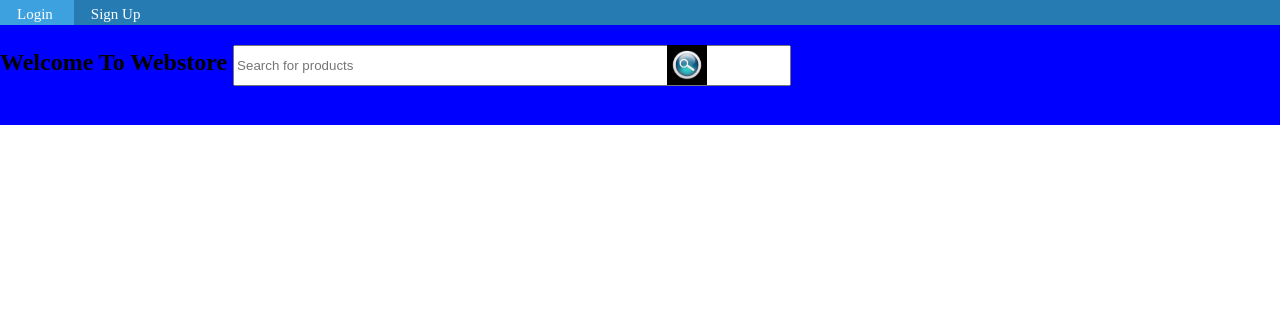
Repository: sourogithub/Final-yr-project-using-j2ee
Page: http://localhost/Webstore/JSP Pages/Front.jsp
The author's editor kept a copy of each file at every save. The page is drawn from the files as they stood at one save, then again after the next save.
The browser window is 1280 px wide. The pictures show the whole page.
The page is served by Tomcat 9.

Above is the page before, as saved 2017-04-11 12:41:53.

After the next save:
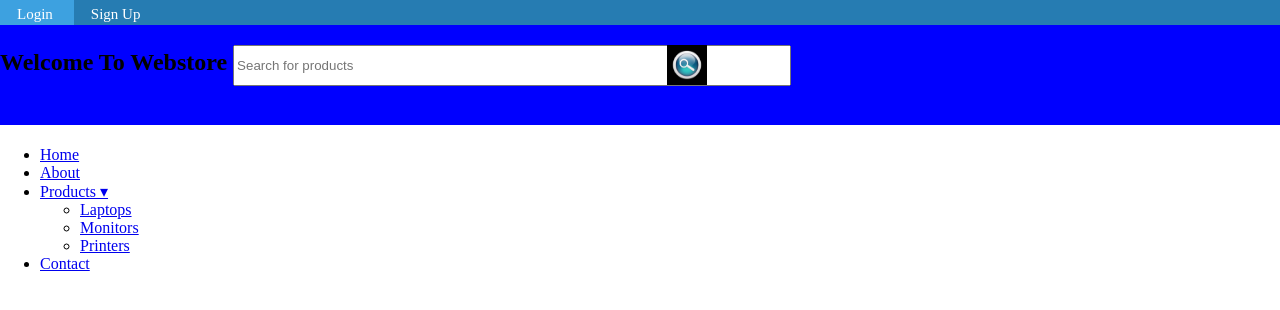
Saved 2 h 7 min later.
--- a/Webstore/WebContent/JSP Pages/Front.jsp
+++ b/Webstore/WebContent/JSP Pages/Front.jsp
@@ -22,5 +22,30 @@
 </h2>
 </div>
 
+ <ul>
+
+        <li><a href="#">Home</a></li>
+
+        <li><a href="#">About</a></li>
+
+        <li>
+
+            <a href="#">Products &#9662;</a>
+
+            <ul class="dropdown">
+
+                <li><a href="#">Laptops</a></li>
+
+                <li><a href="#">Monitors</a></li>
+
+                <li><a href="#">Printers</a></li>
+
+            </ul>
+
+        </li>
+
+        <li><a href="#">Contact</a></li>
+
+    </ul>
 </body>
 </html>
